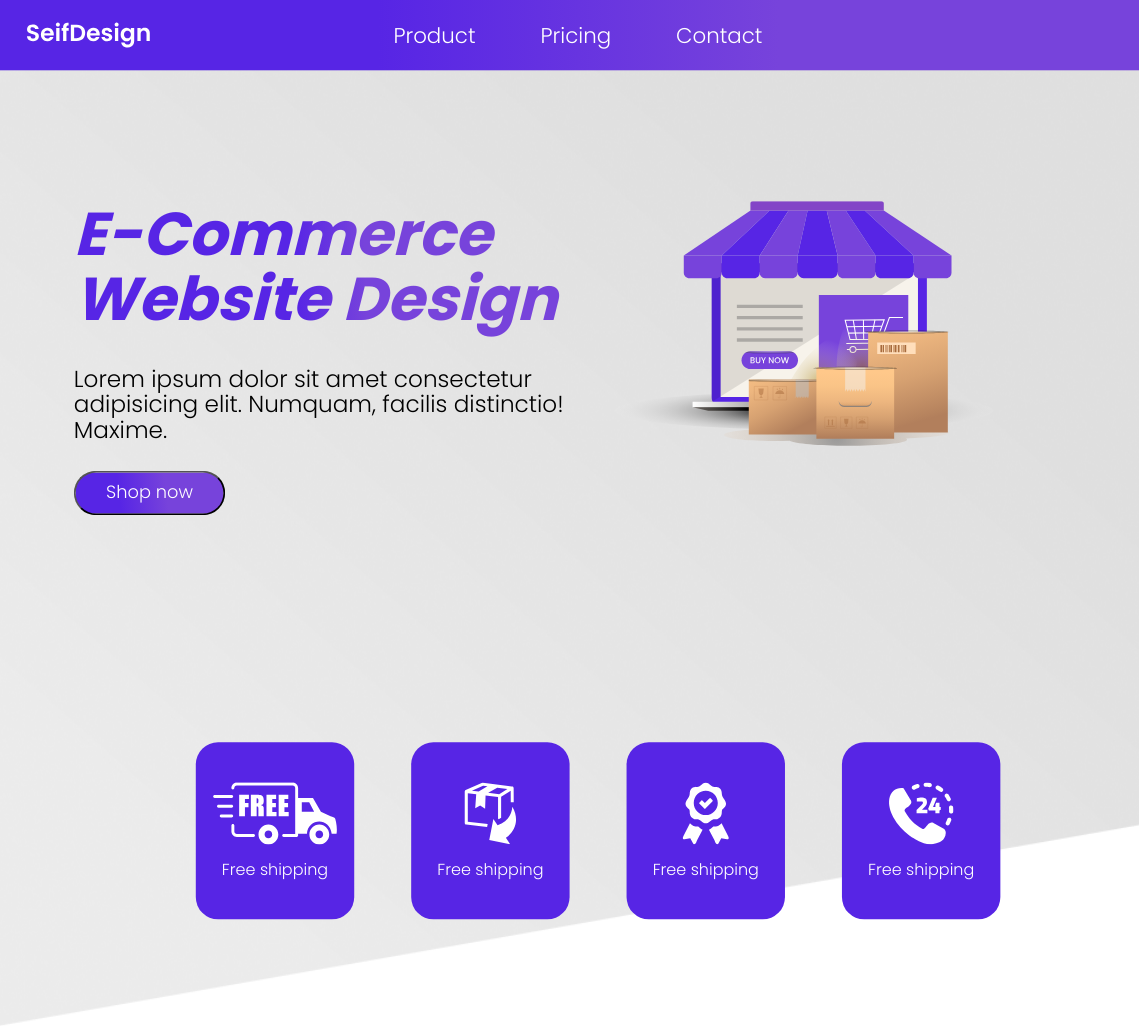
Repository: simralgasimov/newpage
Page: index.html
An editor plug-in stored every save of this project. The page is shown before and after the next save, followed by the edit.
The browser window is 1280 px wide. The pictures show the whole page, at 89% of full size.
The style sheet was rebuilt from its Sass, Less or Tailwind sources for each picture, by a compiler version that may differ from the author's.

Above is the page before, as saved 2023-12-13 14:51:17.
Not found: index.js

After the next save:
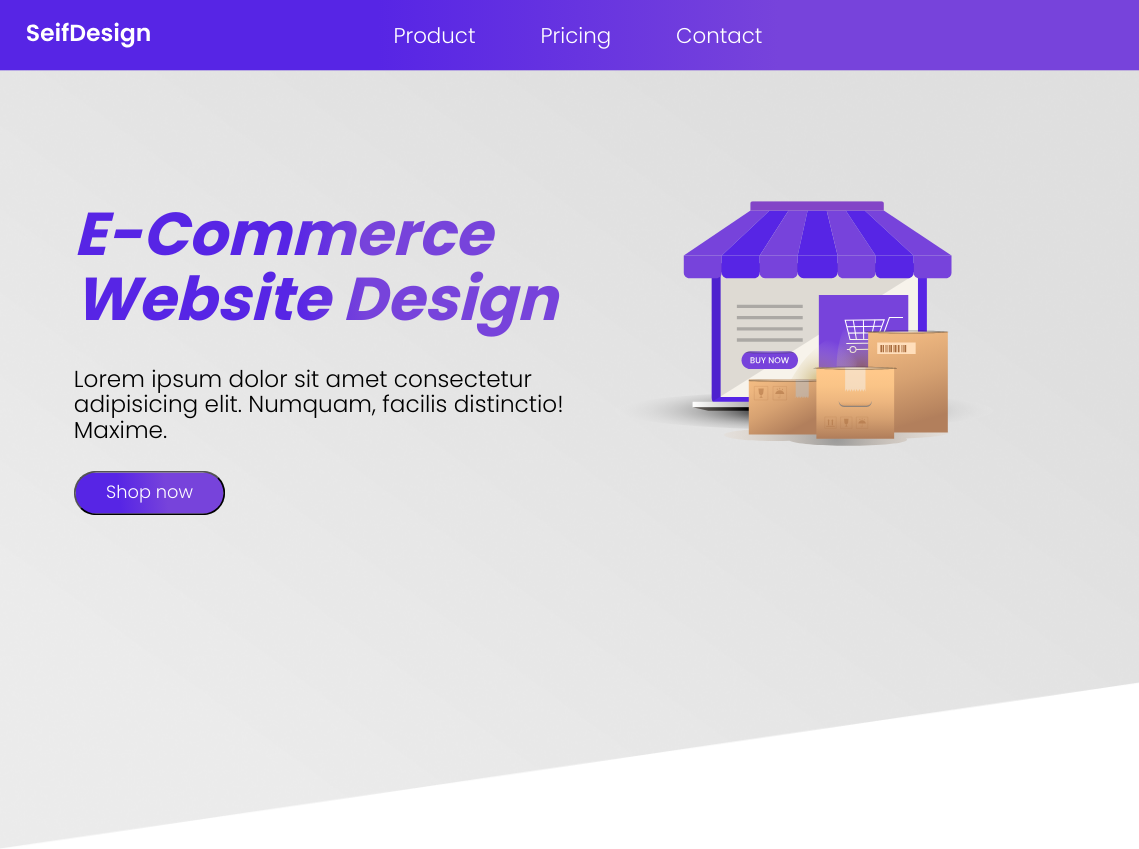
Saved 30 s later.
--- a/index.html
+++ b/index.html
@@ -36,7 +36,7 @@
             <img src=".//image/Group (1).svg" alt="" />
           </div>
         </div>
-        <div class="page-2">
+        <!-- <div class="page-2">
           <ul>
             <li>
               <img src="./image/Group (2).svg" alt="" />
@@ -56,7 +56,7 @@
               <p>Free shipping</p>
             </li>
           </ul>
-        </div>
+        </div> -->
       </div>
     </div>
 
